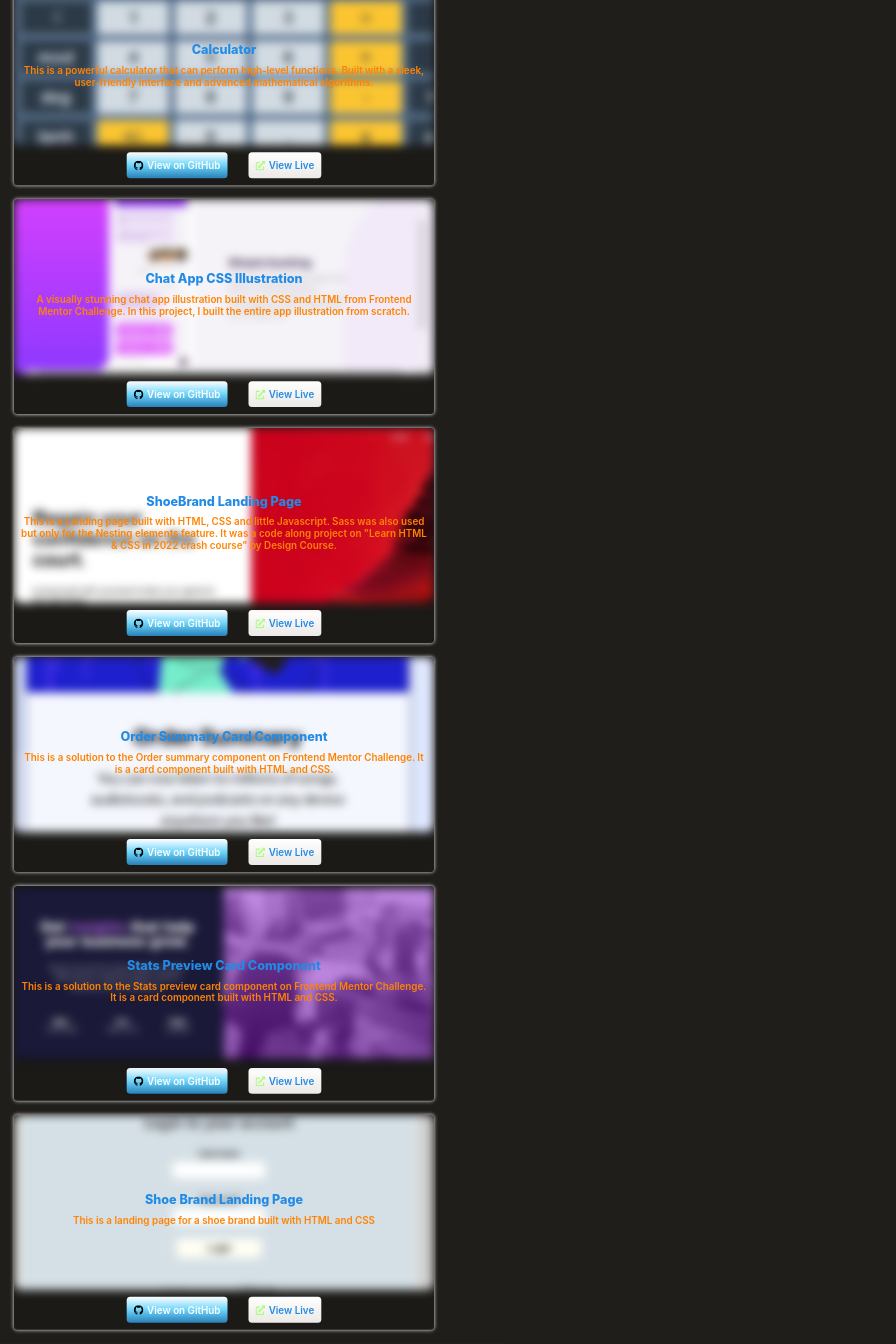
Repository: MikkyPrestige/portfolio
Page: /projects
The author's editor kept a copy of each file at every save. The page is drawn from the files as they stood at one save, then again after the next save.
The browser window is 1280 px wide. The pictures show the part of the page from y = 2431 to 4351 px (the page is 4351 px tall), at 70% of full size.
The project was rebuilt for these pictures with package versions that can differ from the ones it lists, and the page was loaded fresh each time. Also part of the build but not shown: src/components/avatar.jsx, src/components/home.jsx, src/components/about.jsx, src/components/fallback.jsx.

Above is the page before, as saved 2023-02-21 20:51:55.

After the next save:
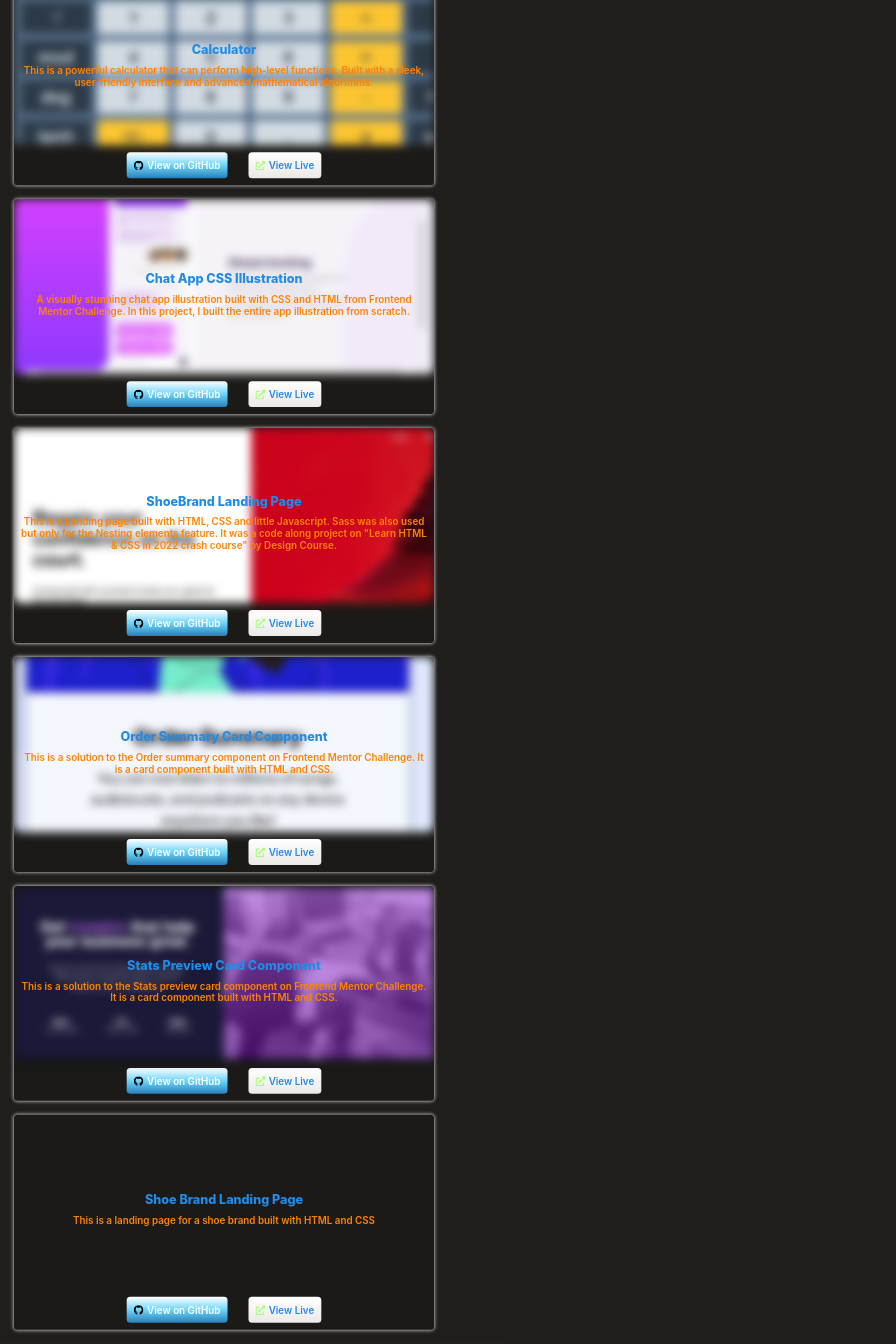
Saved 21 s later.
--- a/src/assets/styles/sass/pages/_projects.scss
+++ b/src/assets/styles/sass/pages/_projects.scss
@@ -98,13 +98,9 @@
         background-image: url(../../../images/statsCard.jpeg);
       }
 
-      &-13 {
-        background-image: url(../../../images/phonyApp.jpeg);
-      }
-
-      &-14 {
-        background-image: url(../../../images/shoebrand.jpeg);
-      }
+      // &-13 {
+      //   background-image: url(../../../images/phonyApp.jpeg);
+      // }
     }
 
     &__content {
